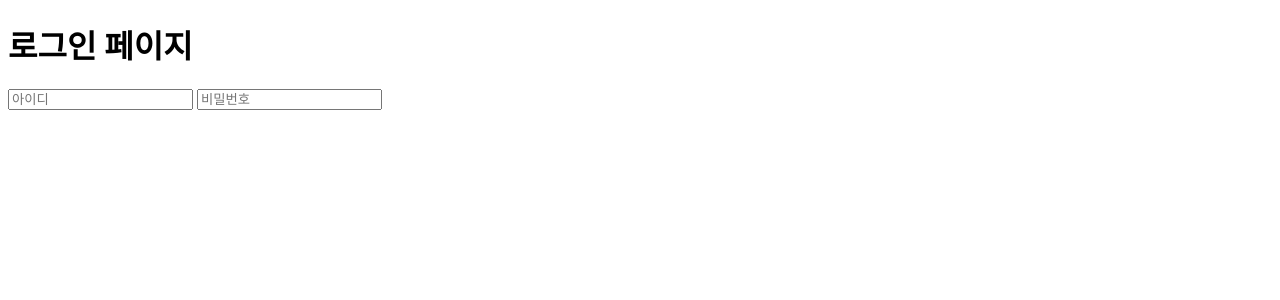
Repository: joeunpyeong/javaA
Page: http://localhost/04.Implicit/Ex01_Request/Ex03_Request.jsp
These files come from the project's save history. The page is drawn as it stood at one moment and after the next save; the edit follows.
The browser window is 1280 px wide. The pictures show the whole page.
The page is served by Tomcat 9. Nobody is signed in. The application's start-up code is not run.

Above is the page before, as saved 2023-05-22 02:55:19.

After the next save:
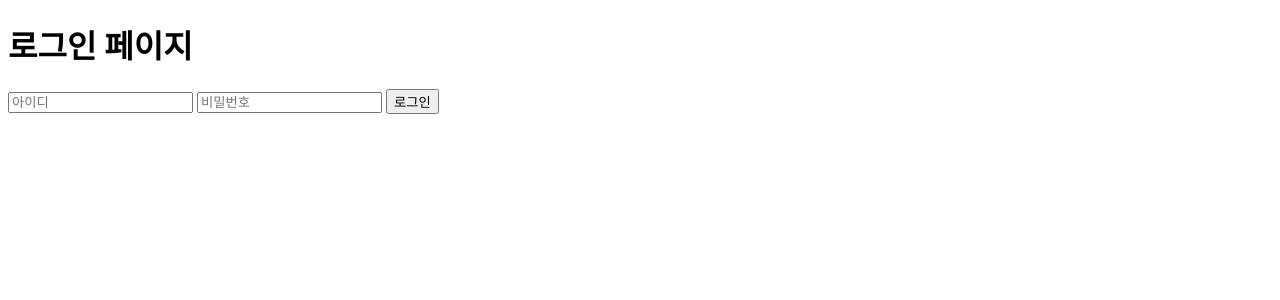
Saved 32 s later.
--- a/04.Implicit/src/main/webapp/Ex01_Request/Ex03_Request.jsp
+++ b/04.Implicit/src/main/webapp/Ex01_Request/Ex03_Request.jsp
@@ -15,6 +15,7 @@
 	  <form action="../jdbclogin" method="post">
 	  	<input type="text" name="id" placeholder="아이디">
 	  	<input type="text" name="pw" placeholder="비밀번호">
+	  	<input type="submit" value="로그인">
 
 	  </form>
 
